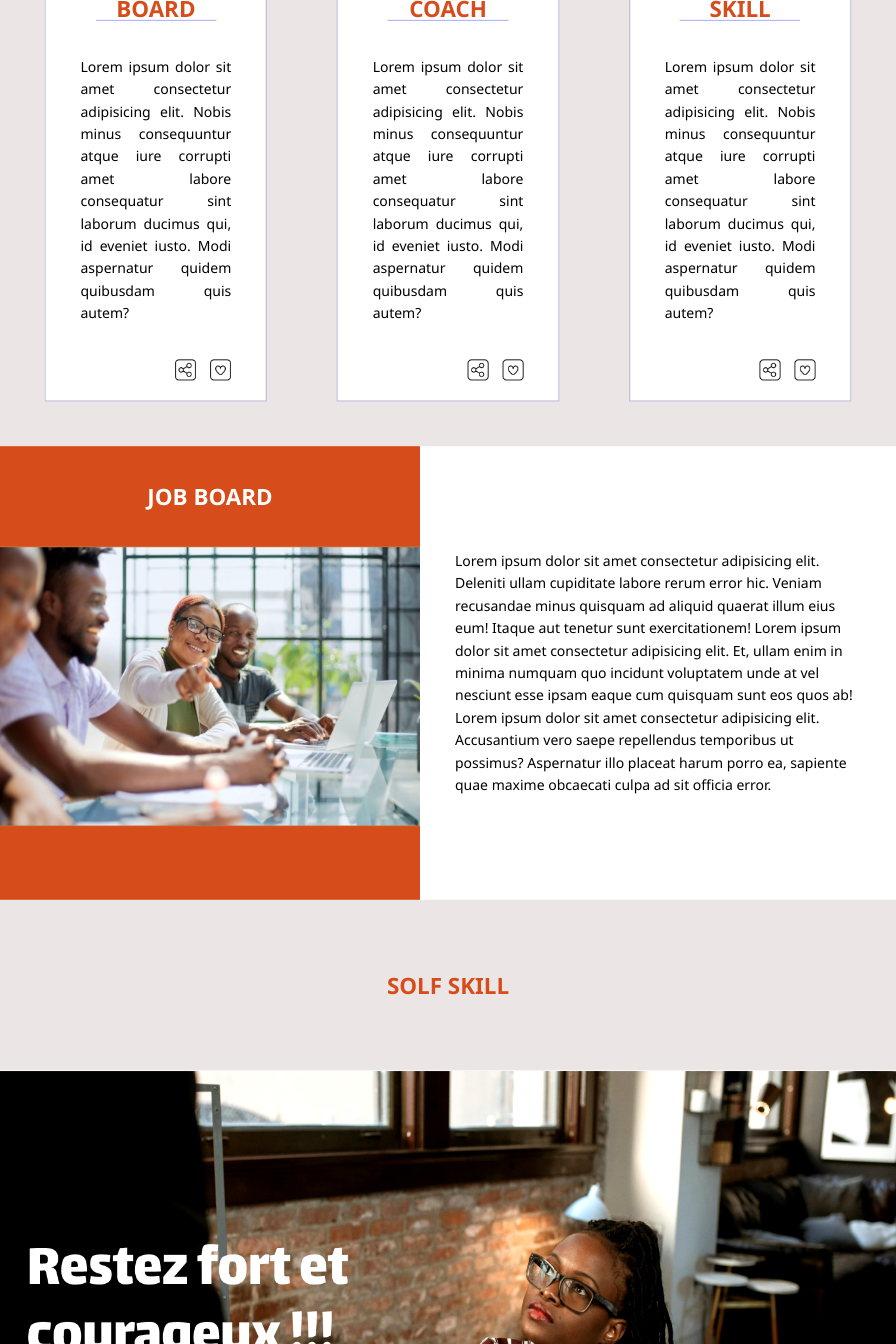
Repository: Ken-dia/newsletters_force_n
Page: index.html
These files come from the project's save history. The page is drawn as it stood at one moment and after the next save; the edit follows.
The browser window is 1280 px wide. The pictures show the part of the page from y = 1099 to 3019 px (the page is 3592 px tall), at 70% of full size.

Above is the page before, as saved 2024-04-22 09:32:12.

After the next save:
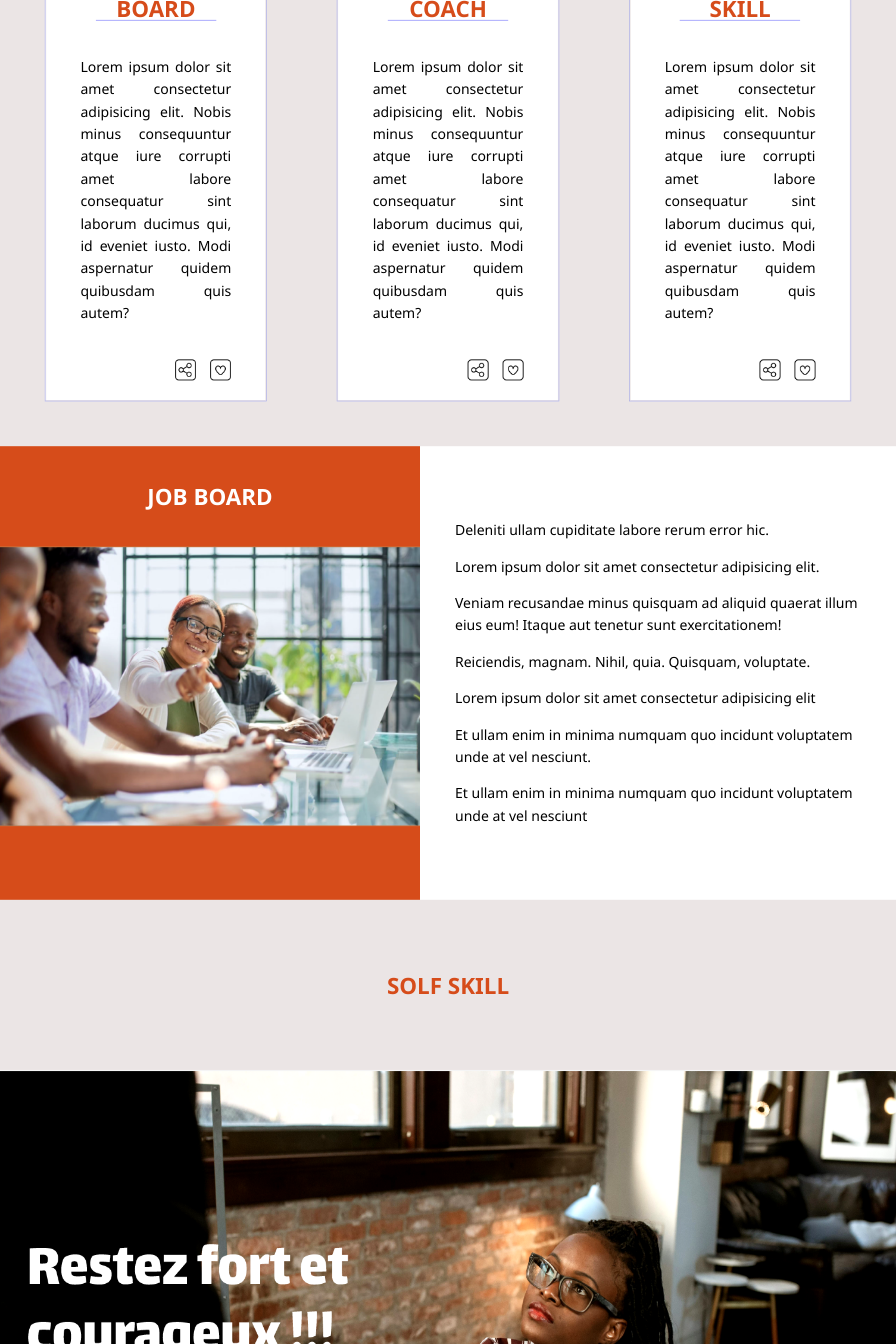
Saved 2 min 29 s later.
--- a/index.html
+++ b/index.html
@@ -102,9 +102,13 @@
                 </div>
                 <div class="board-text">
                     <div>
-                        Lorem ipsum dolor sit amet consectetur adipisicing elit. Deleniti ullam cupiditate labore rerum error hic. Veniam recusandae minus quisquam ad aliquid quaerat illum eius eum! Itaque aut tenetur sunt exercitationem!
-                        Lorem ipsum dolor sit amet consectetur adipisicing elit. Et, ullam enim in minima numquam quo incidunt voluptatem unde at vel nesciunt esse ipsam eaque cum quisquam sunt eos quos ab!
-                        Lorem ipsum dolor sit amet consectetur adipisicing elit. Accusantium vero saepe repellendus temporibus ut possimus? Aspernatur illo placeat harum porro ea, sapiente quae maxime obcaecati culpa ad sit officia error.
+                       <p>Deleniti ullam cupiditate labore rerum error hic.</p>
+                        <p>Lorem ipsum dolor sit amet consectetur adipisicing elit.</p>
+                        <p>Veniam recusandae minus quisquam ad aliquid quaerat illum eius eum! Itaque aut tenetur sunt exercitationem!</p>
+                        <p>Reiciendis, magnam. Nihil, quia. Quisquam, voluptate.</p>
+                        <p>Lorem ipsum dolor sit amet consectetur adipisicing elit</p>
+                        <p>Et ullam enim in minima numquam quo incidunt voluptatem unde at vel nesciunt.</p>
+                        <p>Et ullam enim in minima numquam quo incidunt voluptatem unde at vel nesciunt</p>
                     </div>
                 </div>
             </div>
